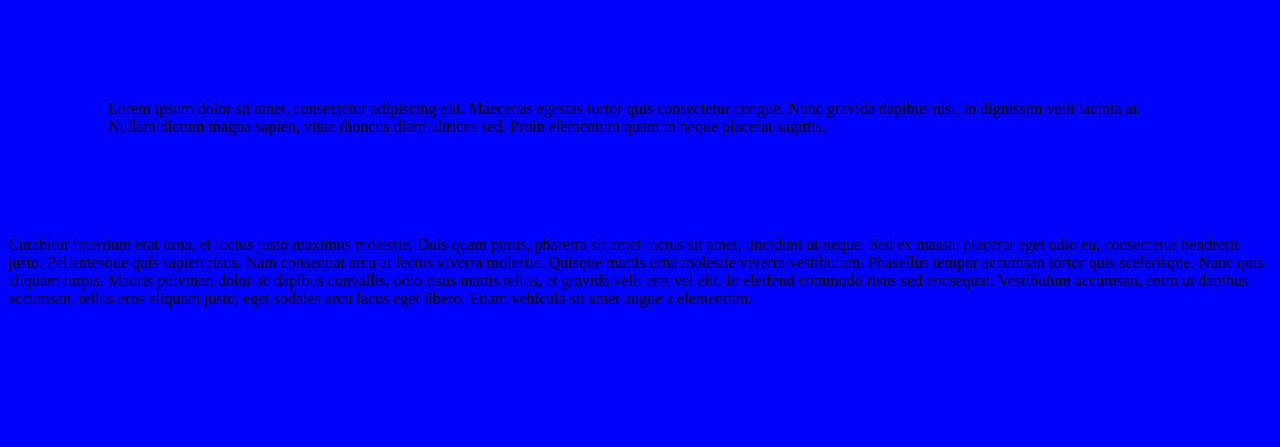
Repository: Nnetterz/Nnetterz.github.io
Page: index.html
The author's editor kept a record of every edit. The page is drawn from the files as they stood at one moment, then again after the next edit.
The browser window is 1280 px wide. The pictures show the whole page.

Above is the page before.

After the next edit:
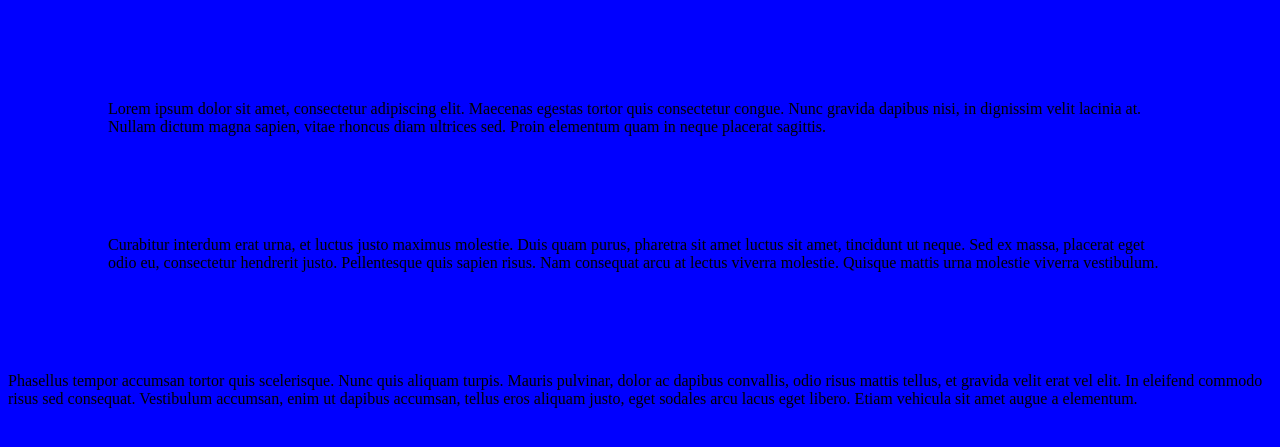
The edit:
--- a/index.html
+++ b/index.html
@@ -8,7 +8,7 @@
 
         <p>Lorem ipsum dolor sit amet, consectetur adipiscing elit. Maecenas egestas tortor quis consectetur congue. Nunc gravida dapibus nisi, in dignissim velit lacinia at. Nullam dictum magna sapien, vitae rhoncus diam ultrices sed. Proin elementum quam in neque placerat sagittis.</p>
 
-       <p></p> Curabitur interdum erat urna, et luctus justo maximus molestie. Duis quam purus, pharetra sit amet luctus sit amet, tincidunt ut neque. Sed ex massa, placerat eget odio eu, consectetur hendrerit justo. Pellentesque quis sapien risus. Nam consequat arcu at lectus viverra molestie. Quisque mattis urna molestie viverra vestibulum.
+       <p> Curabitur interdum erat urna, et luctus justo maximus molestie. Duis quam purus, pharetra sit amet luctus sit amet, tincidunt ut neque. Sed ex massa, placerat eget odio eu, consectetur hendrerit justo. Pellentesque quis sapien risus. Nam consequat arcu at lectus viverra molestie. Quisque mattis urna molestie viverra vestibulum.</p>
 
         Phasellus tempor accumsan tortor quis scelerisque. Nunc quis aliquam turpis. Mauris pulvinar, dolor ac dapibus convallis, odio risus mattis tellus, et gravida velit erat vel elit. In eleifend commodo risus sed consequat. Vestibulum accumsan, enim ut dapibus accumsan, tellus eros aliquam justo, eget sodales arcu lacus eget libero. Etiam vehicula sit amet augue a elementum.
     </body>
